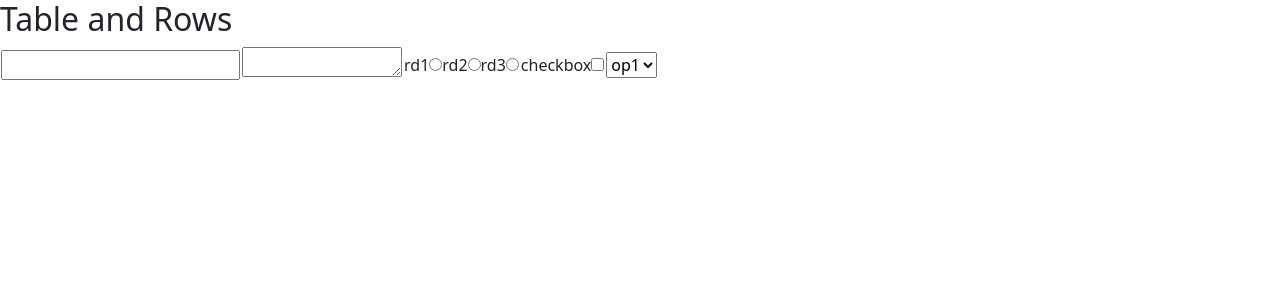
Repository: ishanbassi/iotasol-assignments
Page: /iotasol/work-8
The author's editor kept a copy of each file at every save. The page is drawn from the files as they stood at one save, then again after the next save.
The browser window is 1280 px wide. The pictures show the whole page.
The project was rebuilt for these pictures with package versions that can differ from the ones it lists, and the page was loaded fresh each time. Some packages were replaced by stand-ins written for this rebuild. The framework's server and built-in components were replaced by stand-ins that run in the browser. Also part of the build but not shown: styles/global.css.

Above is the page before, as saved 2022-11-09 12:26:31.

After the next save:
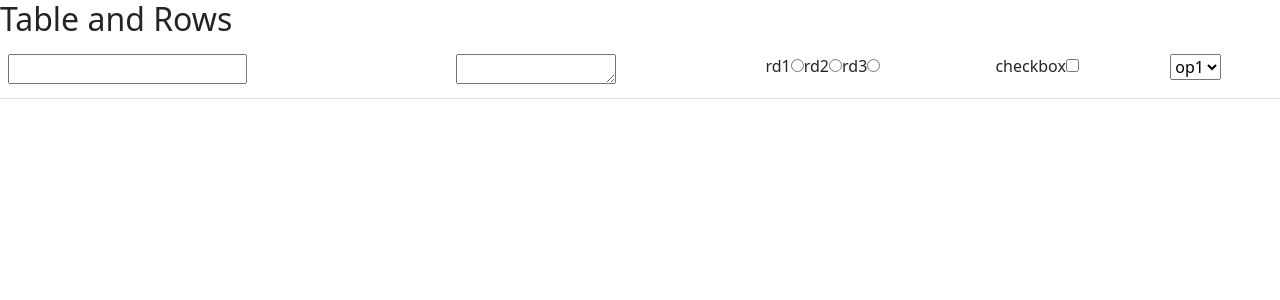
Saved 6 min 48 s later.
--- a/pages/iotasol/work-8.tsx
+++ b/pages/iotasol/work-8.tsx
@@ -5,7 +5,7 @@ export default function App() {
     return (
         <>
             <h2>Table and Rows</h2>
-            <table>
+            <Table>
                 <thead></thead>
                 <tbody>
                     <tr>
@@ -38,7 +38,12 @@ export default function App() {
                         </td>
                     </tr>
                 </tbody>
-            </table>
+            </Table>
+            <style jsx>{`
+
+                `}
+
+            </style>
         </>
     )
 }
